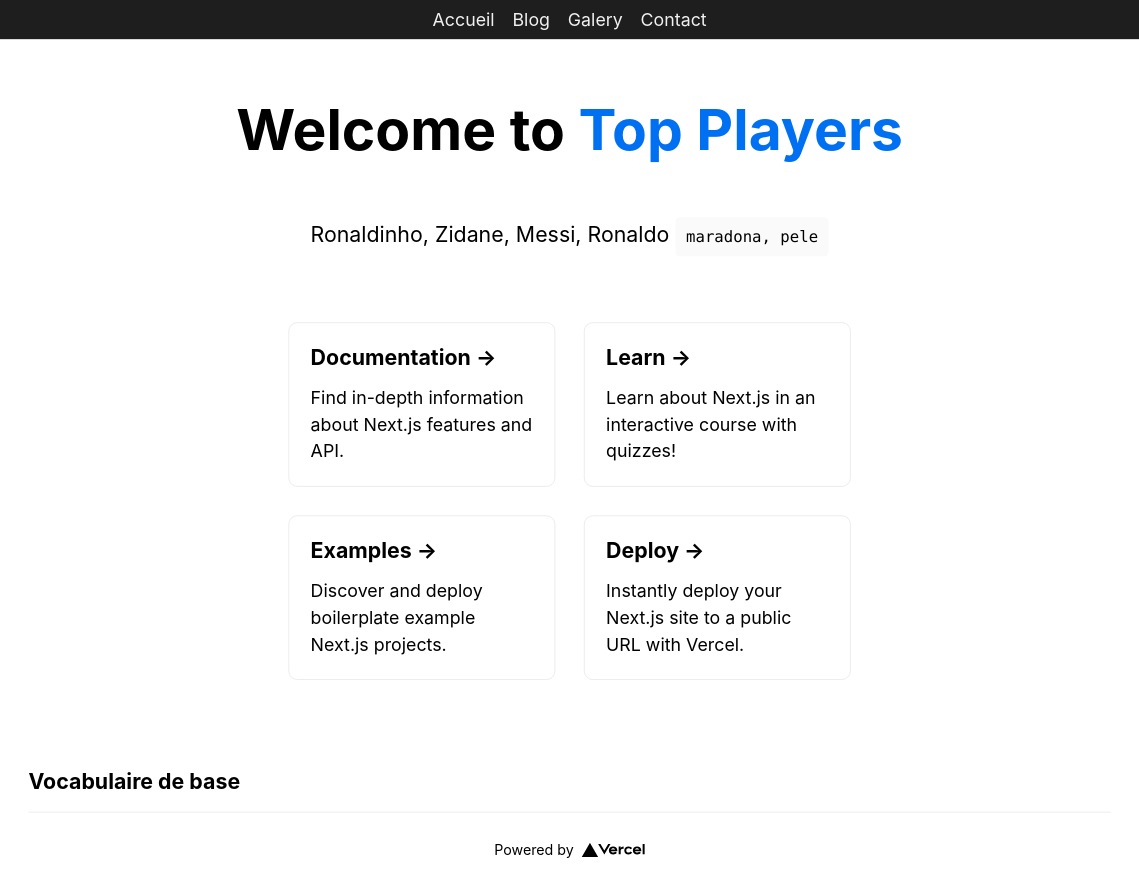
Repository: duncanidaho14/next-first-app
Page: /
These files come from the project's save history. The page is drawn as it stood at one moment and after a run of saves; the edit follows.
The browser window is 1280 px wide. The pictures show the whole page, at 89% of full size.
The project was rebuilt for these pictures with package versions that can differ from the ones it lists, and the page was loaded fresh each time. The framework's server and built-in components were replaced by stand-ins that run in the browser. Also part of the build but not shown: next.config.js.

Above is the page before, as saved 2022-03-06 12:28:55.

### pages/_app.tsx
import '../styles/globals.css'
import type { AppProps } from 'next/app'
import Container from '../components/Container/Container'
function MyApp({ Component, pageProps }: AppProps) {
  return (
    <Container>
      <Component {...pageProps} />
    </Container>
  )
}

export default MyApp

### pages/_document.tsx
import Document, {Html, Head, Main, NextScript} from "next/document";

class MyDocument extends Document {
    render() {
        return (
            <Html lang="fr">
                <Head>
                    <body>
                        <Main />
                        <NextScript />
                    </body>
                </Head>
            </Html>
        )
    }
}

export default MyDocument;

### pages/index.tsx
import type { NextPage } from 'next'
import Head from 'next/head'
import Image from 'next/image'
import styles from '../styles/Home.module.css'

const Home: NextPage = (props) => {
  console.log(props);
  return (
    <div className={styles.container}>
      <Head>
        <title>Les meilleurs joueurs de foot</title>
        <meta name="description" content="Les meilleurs joueurs de foot de la planète à travers l'histoire..." />
        <link rel="icon" href="/favicon.ico" />
      </Head>

      <main className={styles.main}>
        <h1 className={styles.title}>
          Welcome to <a href="https://nextjs.org">Top Players</a>
        </h1>

        <p className={styles.description}>
          Ronaldinho, Zidane, Messi, Ronaldo{' '}
          <code className={styles.code}>maradona, pele</code>
        </p>

        <div className={styles.grid}>
          <a href="https://nextjs.org/docs" className={styles.card}>
            <h2>Documentation &rarr;</h2>
            <p>Find in-depth information about Next.js features and API.</p>
          </a>

          <a href="https://nextjs.org/learn" className={styles.card}>
            <h2>Learn &rarr;</h2>
            <p>Learn about Next.js in an interactive course with quizzes!</p>
          </a>

          <a
            href="https://github.com/vercel/next.js/tree/canary/examples"
            className={styles.card}
          >
            <h2>Examples &rarr;</h2>
            <p>Discover and deploy boilerplate example Next.js projects.</p>
          </a>

          <a
            href="https://vercel.com/new?utm_source=create-next-app&utm_medium=default-template&utm_campaign=create-next-app"
            className={styles.card}
          >
            <h2>Deploy &rarr;</h2>
            <p>
              Instantly deploy your Next.js site to a public URL with Vercel.
            </p>
          </a>
        </div>
      </main>
      <div>
        <h2>Vocabulaire de base</h2>
        <table className={styles.tableau}>
          <tbody>
            {props.array.map(el => {
              <tr>
                <td>{el.en}</td>
                <td>{el.fr}</td>
              </tr>
            })}
          </tbody>
        </table>
      </div>
      <footer className={styles.footer}>
        <a
          href="https://vercel.com?utm_source=create-next-app&utm_medium=default-template&utm_campaign=create-next-app"
          target="_blank"
          rel="noopener noreferrer"
        >
          Powered by{' '}
          <span className={styles.logo}>
            <Image src="/vercel.svg" alt="Vercel Logo" width={72} height={16} />
          </span>
        </a>
      </footer>
    </div>
  )
}

export default Home

export async function getStaticProps() {
  const data = await import("../data/vocabulary.json")
  const array = data.vocabulary

  return {
    props: {
      array
    }
  }
}

### components/Container/Container.tsx
import React from 'react'
import Navbar from '../Navbar/Navbar'

export default function Container({children}: any) {
    return (
        <>
            <Navbar/>
            {children}
        </>
    )
}

### data/vocabulary.json
{
  "vocabulary": [
      {
        "en": "to have",
        "fr": "avoir"
      },
      {
        "en": "to be",
        "fr": "être"
      },      {
        "en": "hello",
        "fr": "bonjour"
      },      {
        "en": "now",
        "fr": "maintenant"
      },      {
        "en": "day",
        "fr": "jour"
      },      {
        "en": "they",
        "fr": "ils/elles"
      },      {
        "en": "word",
        "fr": "mot"
      },      {
        "en": "all",
        "fr": "tout"
      }
  ]
}

### components/Navbar/Navbar.tsx
import React from 'react'
import Link from 'next/link'
import styles from './Navbar.module.css'

export default function Navbar() {
  return (
    <nav className={styles.navbar}>
        <Link href="/">
        <a>Accueil</a>
        </Link>
        <Link href="/blog">
            <a>Blog</a>
        </Link>
        <Link href="/galery">
            <a>Galery</a>
        </Link>
        <Link href="/contact">
            <a>Contact</a>
        </Link>
    </nav>
  )
}

### components/Navbar/Navbar.module.css
.navbar {
    padding: 10px;
    background: rgb(31, 30, 30);
    display: flex;
    justify-content: center;
    font-size: 20px;
}

.navbar a {
    margin: 0 10px;
    color: #f1f1f1;
}

Loaded but not shown: styles/globals.css (common file); styles/Home.module.css (common file)

After the next 4 saves:
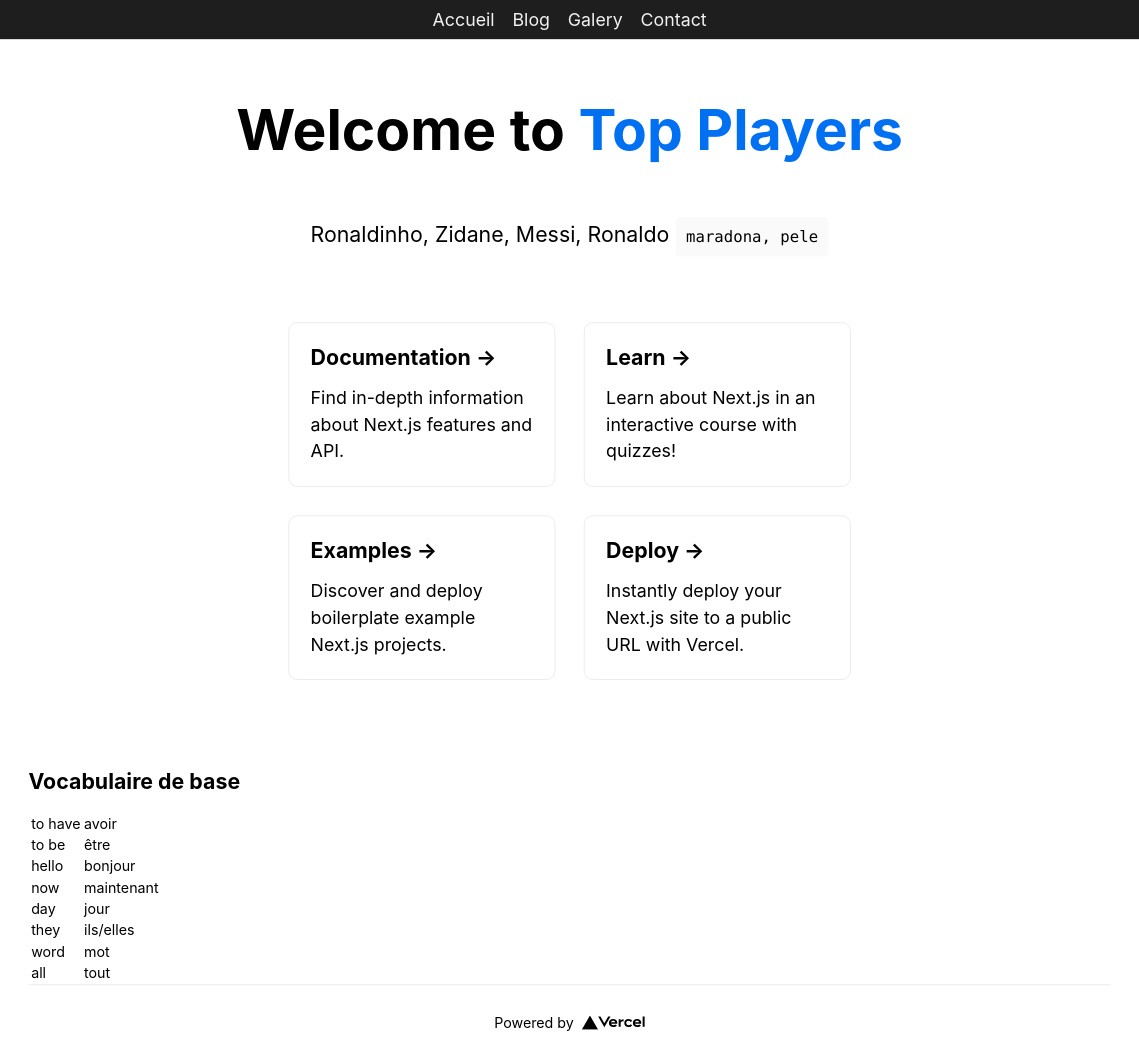
The 4 saves are shown as one change because 1 did not build or start and some came seconds apart.
The last was saved 4 min 46 s later.
--- a/pages/index.tsx
+++ b/pages/index.tsx
@@ -57,12 +57,12 @@ const Home: NextPage = (props) => {
         <h2>Vocabulaire de base</h2>
         <table className={styles.tableau}>
           <tbody>
-            {props.array.map(el => {
+            {props.array.map(el => (
               <tr>
                 <td>{el.en}</td>
                 <td>{el.fr}</td>
               </tr>
-            })}
+            ))}
           </tbody>
         </table>
       </div>
